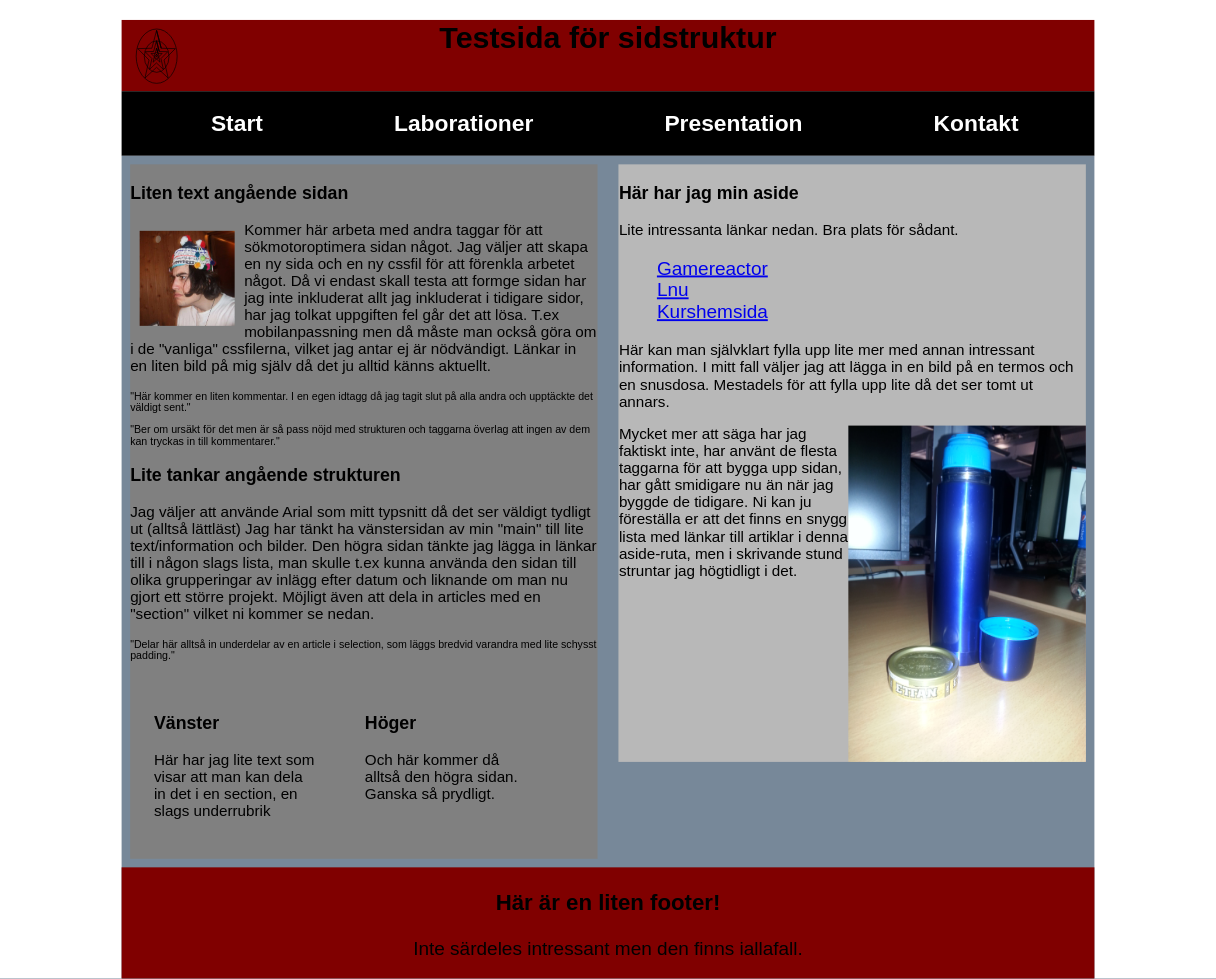
Repository: ao222qc/1IK415_ao222qc_copycat
Page: pages/testsida.html
The author's editor kept a record of every edit. The page is drawn from the files as they stood at one moment, then again after the next edit.
The browser window is 1280 px wide. The pictures show the whole page, at 95% of full size.

Above is the page before.

### pages/testsida.html
<!doctype html>
<html lang="sv">
    <head>
        <meta charset = "utf-8">
        <title>Bloggindex</title>
        <link rel="stylesheet" href="../pics/css/testsida.css" media="screen">
        <link rel="stylesheet" href="../pics/css/print.css" media="print">
        <link rel="stylesheet" href="../pics/css/mobile.css" media="screen and (max-device-width: 480px") />
        <meta content='width=device-width; initial-scale=1.0; maximum-scale=1.0; user-scalable=0;' name='viewport' />
        <link rel="icon"  type="image/x-icon" href="/pics/fav.ico" />
        <link rel="shortcut icon" href="/pics/iosicon.png"/>
         <link rel="apple-touch-icon" href="/pics/iosicon.png"/>
    </head>
<body>
    <Header>
        <h1>Testsida för sidstruktur</h1>
    </Header>
    <Nav>
            <ul>
            <li><a class="index" href="../index.html">Start</a></li>
            <li><a class="laborationer" href="laborationer.html">Laborationer</a></li>
            <li class="active"><a class="presentation" href="presentation.html">Presentation</a></li>
            <li><a class="kontakt" href="kontakt.html">Kontakt</a></li>
            </ul>
    </Nav>


    <Main>
    <Article>
    <h3>Liten text angående sidan</h3>
    <img class="left" src="../pics/labbild.jpg" height=100px width = 100px alt=""/>
    <p>Kommer här arbeta med andra taggar för att sökmotoroptimera sidan något.
       Jag väljer att skapa en ny sida och en ny cssfil för att förenkla arbetet något.
       Då vi endast skall testa att formge sidan har jag inte inkluderat allt jag inkluderat
       i tidigare sidor, har jag tolkat uppgiften fel går det att lösa. T.ex mobilanpassning
       men då måste man också göra om i de "vanliga" cssfilerna, vilket jag antar ej är nödvändigt.
       Länkar in en liten bild på mig själv då det ju alltid känns aktuellt.
    </p>
    <div id="comment">
    <p>"Här kommer en liten kommentar. I en egen idtagg då jag tagit slut på alla andra och upptäckte det väldigt sent."</p>
    <p>"Ber om ursäkt för det men är så pass nöjd med strukturen och taggarna överlag att ingen av dem kan tryckas in till kommentarer."</p>
    </div>
    <h3>Lite tankar angående strukturen</h3>
    <p>Jag väljer att använde Arial som mitt typsnitt då det ser väldigt tydligt ut (alltså lättläst)
       Jag har tänkt ha vänstersidan av min "main" till lite text/information och bilder. Den högra sidan
       tänkte jag lägga in länkar till i någon slags lista, man skulle t.ex kunna använda den sidan till
       olika grupperingar av inlägg efter datum och liknande om man nu gjort ett större projekt. Möjligt
       även att dela in articles med en "section" vilket ni kommer se nedan.
       <div id="comment">
        <p>"Delar här alltså in underdelar av en article i selection, som läggs bredvid varandra med lite schysst padding."</p>
       </div>
       <Section>
       <h3>Vänster</h3>
           <p>Här har jag lite text som visar att man kan dela in det i en section, en slags underrubrik</p>
       </Section>
       <Section>
       <h3>Höger</h3>
           <p>Och här kommer då alltså den högra sidan. Ganska så prydligt.</p>
       </Section>
    </p>
    </Article>
<Aside>
<h3>Här har jag min aside</h3>
<p>Lite intressanta länkar nedan. Bra plats för sådant.</p>
    <ul>
    <a href="http://www.gamereactor.se/">Gamereactor</a>
    <a href="http://lnu.se/">Lnu</a>
    <a href="https://coursepress.lnu.se/">Kurshemsida</a>
    </ul>

    <p>Här kan man självklart fylla upp lite mer med annan intressant information.
        I mitt fall väljer jag att lägga in en bild på en termos och en snusdosa.
        Mestadels för att fylla upp lite då det ser tomt ut annars.
    </p>
    <img class="right" src="../pics/bloggbild.jpg" height=354px width=250px alt=""/>
    <p>Mycket mer att säga har jag faktiskt inte, har använt de flesta taggarna för
        att bygga upp sidan, har gått smidigare nu än när jag byggde de tidigare.
        Ni kan ju föreställa er att det finns en snygg lista med länkar till artiklar
        i denna aside-ruta, men i skrivande stund struntar jag högtidligt i det.
    </p>
</Aside>
<Footer>
    <h3>Här är en liten footer!</h3>
    <p>Inte särdeles intressant men den finns iallafall.</p>
</Footer>

    </Main>
</body>

### pics/css/testsida.css
body
{
    margin: 0 auto;
    width:1024px;
    height:auto;
    font-family:Arial;

}
Header
{
    text-align:center;
    background-color:Maroon;
    height:75px;
    background-image: url("../vektorgrafik.svg");
    background-size:75px 75px;
    background-repeat:no-repeat;
    width:100%;
}
Nav
{
    font-size: 150%;
    font-weight: bold;
    background-color: black;
    width:1024px;
    display:block;
    float:left;
}
    Nav ul
    {
    list-style-type: none;
    margin: 0;
    padding: 0;
    }

    Nav ul li a
    {
    text-decoration: none;
    padding: 24px 24px;
    color: white;
    text-align:center;
    }

Nav ul li
{
    float:left;
    margin:20px;
    margin-left:70px;
}
Nav ul li a:hover
{
  color:Maroon;
}

Main
{
    margin: 0 auto;
    float:left;
    height:auto;
    background-color:#778899;
}
Article
{
    float:left;
    width:48%;
    height:auto;
    background-color:gray;
    margin-left:9px;
    margin-top:9px;
    margin-bottom:9px;
}
Section
{
    width:35%;
    float:left;
    margin:25px;
}
.left
{
    margin:5px;
    padding:5px;
    float:left;
}
.right
{
    float:right;
}
Aside
{
    width:48%;
    float:right;
    background-color:#B8B8B8 ;
    border-width:5px;
    height:100%;
    margin-right:9px;
    margin-top:9px;
}
Aside ul
{

    width:1%;
    font-size:125%;
    text-decoration:none;

}
Aside ul li
{
    width:50px;
    float:left;
}
Footer
{
    font-size:125%;
    float:left;
    width:100%;
    background-color:Maroon;
    text-align:center;
}
#comment
{

    font-size:70%;
    float:none;
}

### pics/css/print.css
body
{
  color : #000000;
  background : #ffffff;
  font-family : "Times New Roman", Times, serif;
  font-size : 12pt;
}
#navigation
{
    display: none;
}
img
{
    display:none;
    visibility: hidden;
}

a:link:after,
a:visited:after
{
    font-size : 12pt;
    content: " ("attr(href) ") ";
}

### pics/css/mobile.css
@media screen and (min-device-width: 320px) and (max-device-width: 480px) {

#background
{
    min-width:320px;
    max-width:100%;
    max-height:100%;
}

body
{
    margin:0; padding:0;
}

table
{
    margin-left:2px;
}

#header
{
    min-width:320px;
    max-width:100%;
    text-align:center;
    background-size: 50px, 50px;
    height:auto;
}
#navigation
{
   min-width:100%;
    max-width:100%;
    float:none;
    text-align:center;
    display:block;
}

#content
{
  min-width:320px;
  max-width:100%;
  padding: 0;
  margin: 0;
}

#vektorgrafik
{
    float:none;
    height:300px;
    width:300px;
}

#mittnylle
{
    height:300px;
    width:300px;
}

#loga
{
    height:300px;
    width:330px;
}

#footer
{
    min-width:320px;
    max-width:100%;
    font-size:85%;
    background-position:right;
    text-align:left;
}

ol dl
{
    font-size:85%;
}




















}

After the next edit:
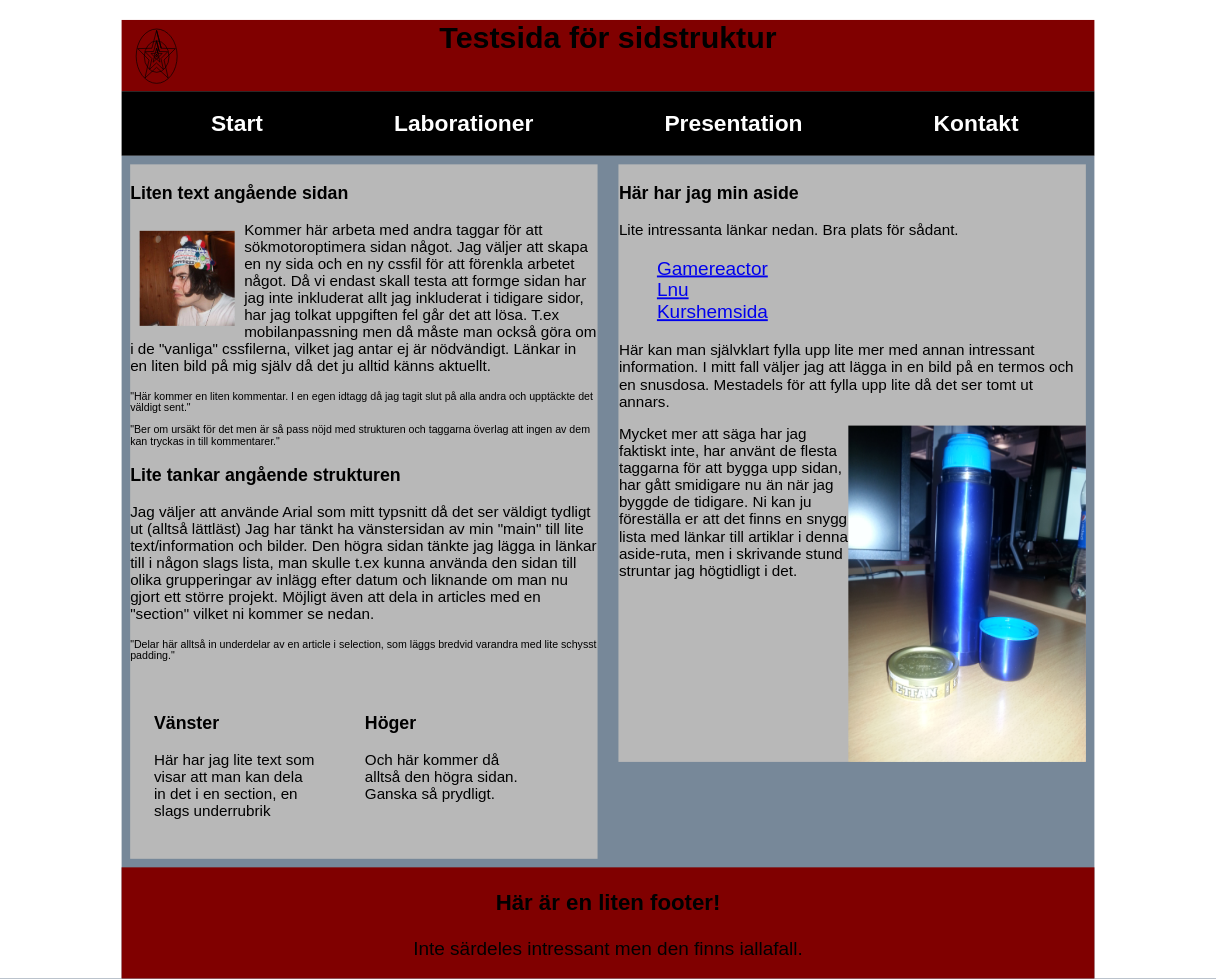
The edit:
--- a/pics/css/testsida.css
+++ b/pics/css/testsida.css
@@ -63,7 +63,7 @@
     float:left;
     width:48%;
     height:auto;
-    background-color:gray;
+    background-color:#B8B8B8 ;
     margin-left:9px;
     margin-top:9px;
     margin-bottom:9px;
